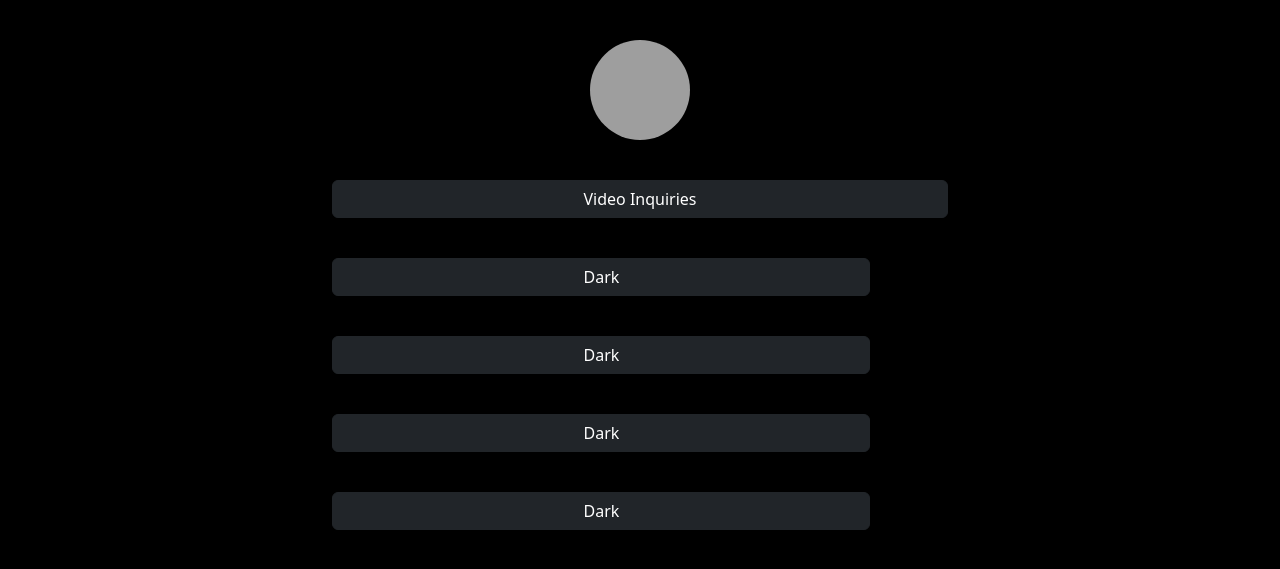
Repository: noahcallen/LAB-link-in-bio
Page: index.html
An editor plug-in stored every save of this project. The page is shown before and after the next save, followed by the edit.
The browser window is 1280 px wide. The pictures show the whole page.
Pictures or frames that could not be fetched are drawn as grey boxes.

Above is the page before, as saved 2024-07-13 13:10:47.

After the next save:
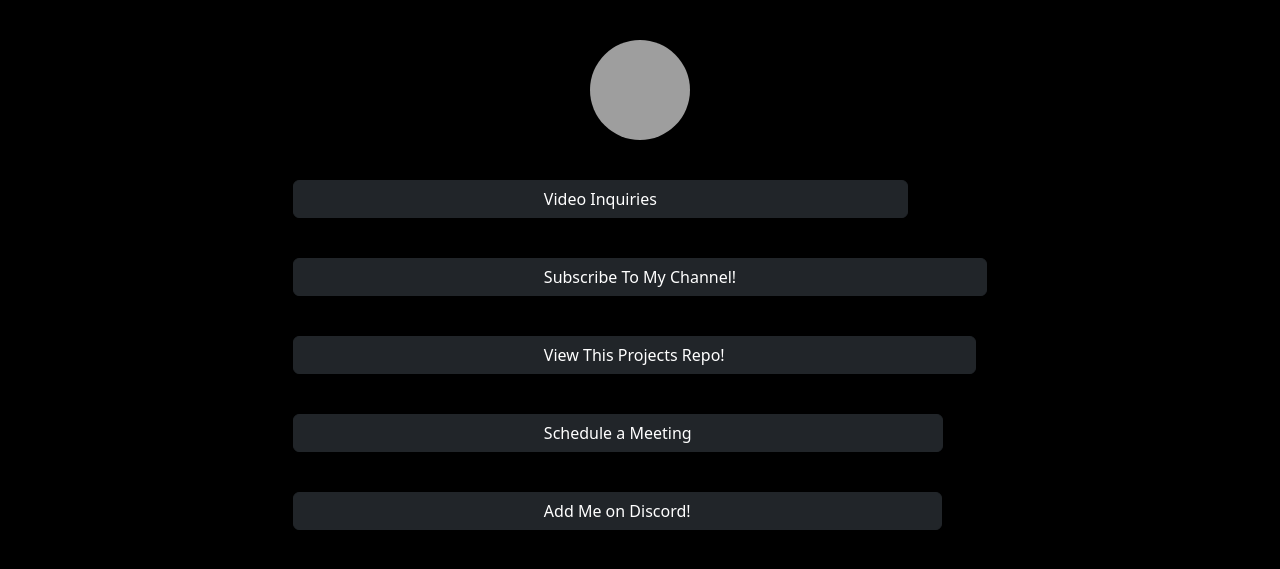
Saved 103 s later.
--- a/index.html
+++ b/index.html
@@ -13,10 +13,10 @@
     <div class="row">
       <div class="col">
         <button type="button" class="btn btn-dark">Video Inquiries</button>
-        <button type="button" class="btn btn-dark">Dark</button>
-        <button type="button" class="btn btn-dark">Dark</button>
-        <button type="button" class="btn btn-dark">Dark</button>
-        <button type="button" class="btn btn-dark">Dark</button>
+        <button type="button" class="btn btn-dark">Subscribe To My Channel!</button>
+        <button type="button" class="btn btn-dark">View This Projects Repo!</button>
+        <button type="button" class="btn btn-dark">Schedule a Meeting</button>
+        <button type="button" class="btn btn-dark">Add Me on Discord!</button>
       </div>
     </div>
   </div>
